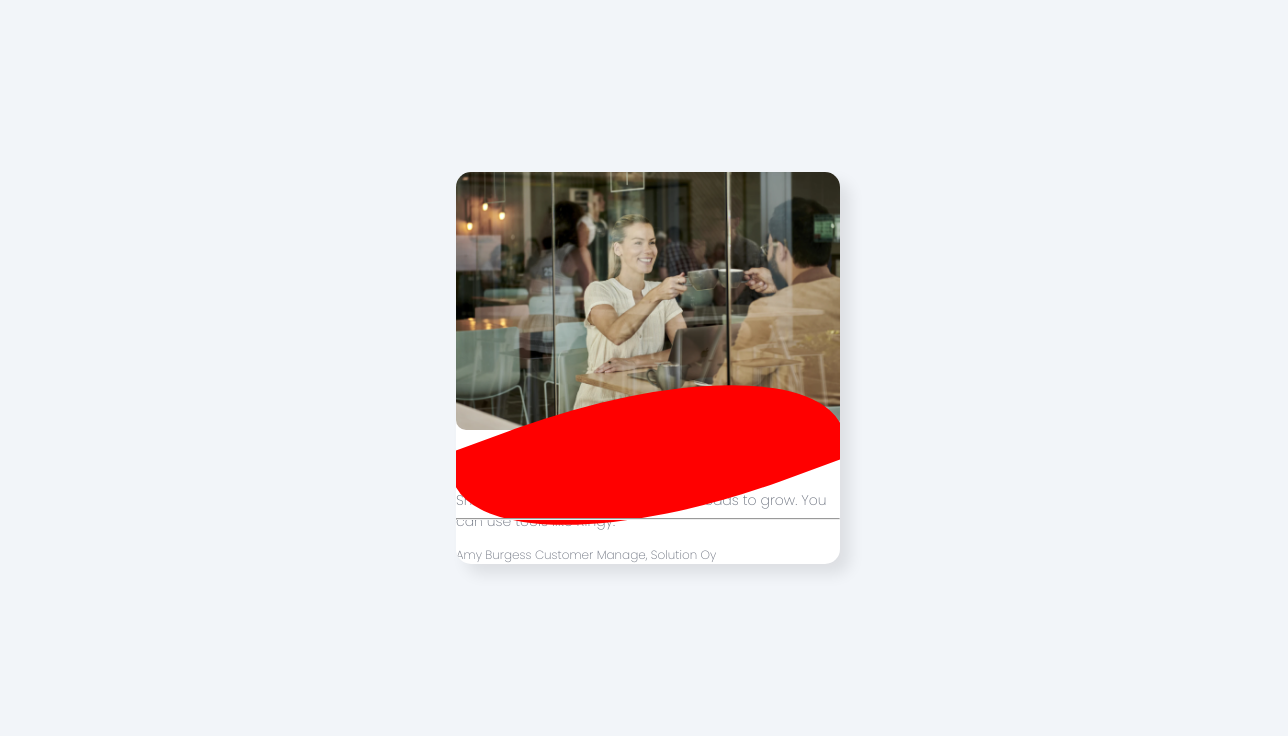
Repository: massndongo/business-blog-card
Page: index.html
An editor plug-in stored every save of this project. The page is shown before and after the next save, followed by the edit.
The browser window is 1280 px wide. The page is 1288 px wide, so the pictures cover 1288 px, including what lies to the right of the window. The pictures show the whole page.

Above is the page before, as saved 2023-11-08 04:19:49.

### index.html
<!DOCTYPE html>
<html lang="en">
<head>
    <meta charset="UTF-8">
    <meta name="viewport" content="width=device-width, initial-scale=1.0">
    <link rel="stylesheet" href="css/styles.css">
    <title>Responsive Web Developer Starter - devchallenges.io</title>
    <link rel="icon" href="images/favicon.ico" type="image/x-icon" sizes="any">
</head>
<body>
    <div class="card">
        <img src="images/hero-image-business-card.png" alt="" srcset="">
        <div class="wavy">
        </div>
        <h1 class="title">Perfect solution for small business</h1>
        <p class="corps">Small businesses need to generate leads to grow. You can use tools like Ringy.</p>
        <hr>
        <div class="small">
            <!-- <img src="images/avatar-image-business-card.png" alt="" srcset=""> -->
            <div>
                <span>Amy Burgess</span>
                <span>Customer Manage, Solution Oy</span>
            </div>
        </div>
    </div>
</body>
</html>

### css/styles.css
@import url('https://fonts.googleapis.com/css2?family=Poppins:wght@200&display=swa');

* {
    box-sizing: border-box;
    font-family: 'Poppins', sans-serif;
    overflow: hidden;
}

/* Add some styles for body*/
body {
    width: 100%;
    height: 100vh;
    background-color: #F2F5F9;
    display: flex;
    justify-content: center;
    align-items: center;

}

.card{
    position: relative;
    flex-direction: column;
    background-color: #FFFFFF;
    box-shadow: 10px 10px 15px 0px rgba(0, 0, 0, 0.09);
    width: 30%;
    height: auto;
    border-radius: 15px;
}
.card img{
    width: 100%;
    border-radius: 10px;
}
.wavy{
    height: 140px;
    background-color: red;
    border-radius: 0 80% 0;
    position: absolute;
    transform: rotate(-20deg);
    bottom: 10%;
    left: 0;
    right: 0;
}
.waveRight{
    height: 100px;
    width: 50%;
    background-color: green;
}
.waveLeft{
    height: 100px;
    width: 50%;
    background-color: blue;
}
.title{
    font-size: 18px;

}
.corps{
    font-size: 14px;

}
.small{
    position: relative;
    font-size: 12px;
}
.corps, .small, hr{
    color: #6C727F
}
hr{
    width: 100%;
    height: 1px;
    position: absolute;
    bottom: 9%;
    left: 0;
    right: 0;
    background-color: #6c727f85;
}

@media screen and (max-width: 768px) {
    .card {
        width: 90%;
    }
}

After the next save:
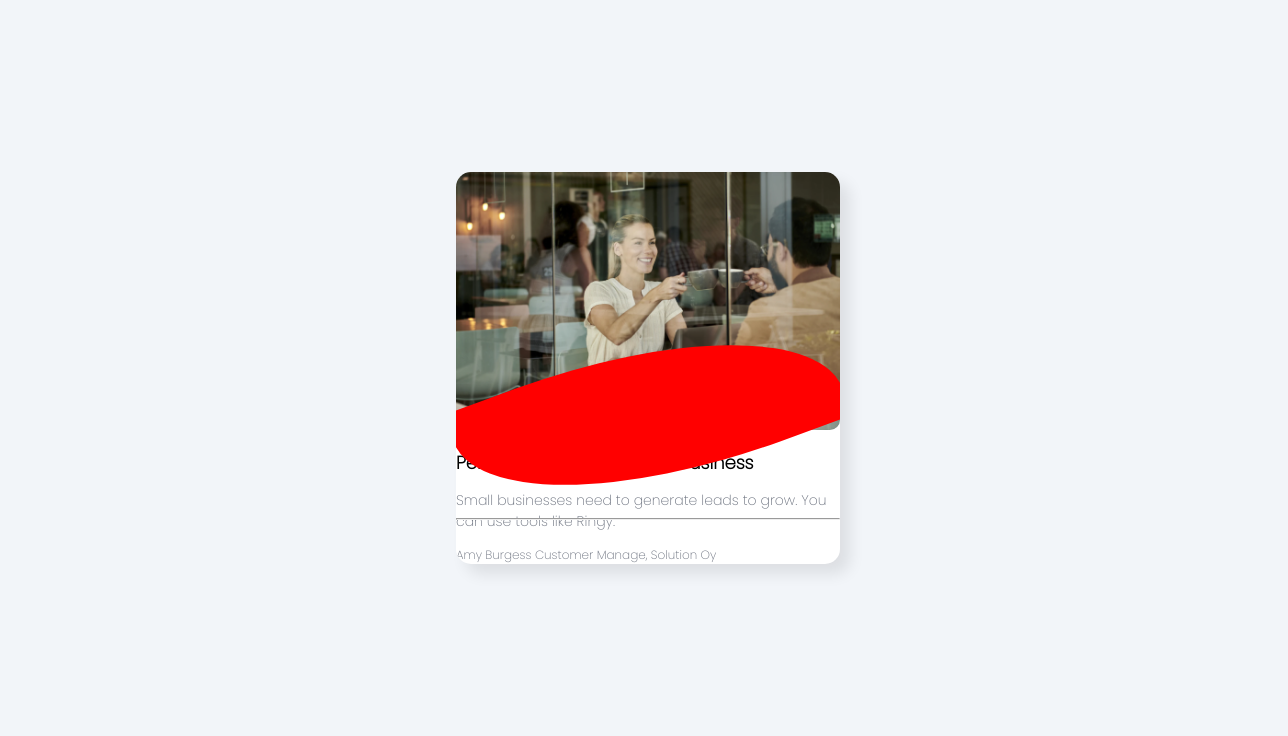
Saved 6 s later.
--- a/css/styles.css
+++ b/css/styles.css
@@ -36,7 +36,7 @@ body {
     border-radius: 0 80% 0;
     position: absolute;
     transform: rotate(-20deg);
-    bottom: 10%;
+    bottom: 20%;
     left: 0;
     right: 0;
 }
